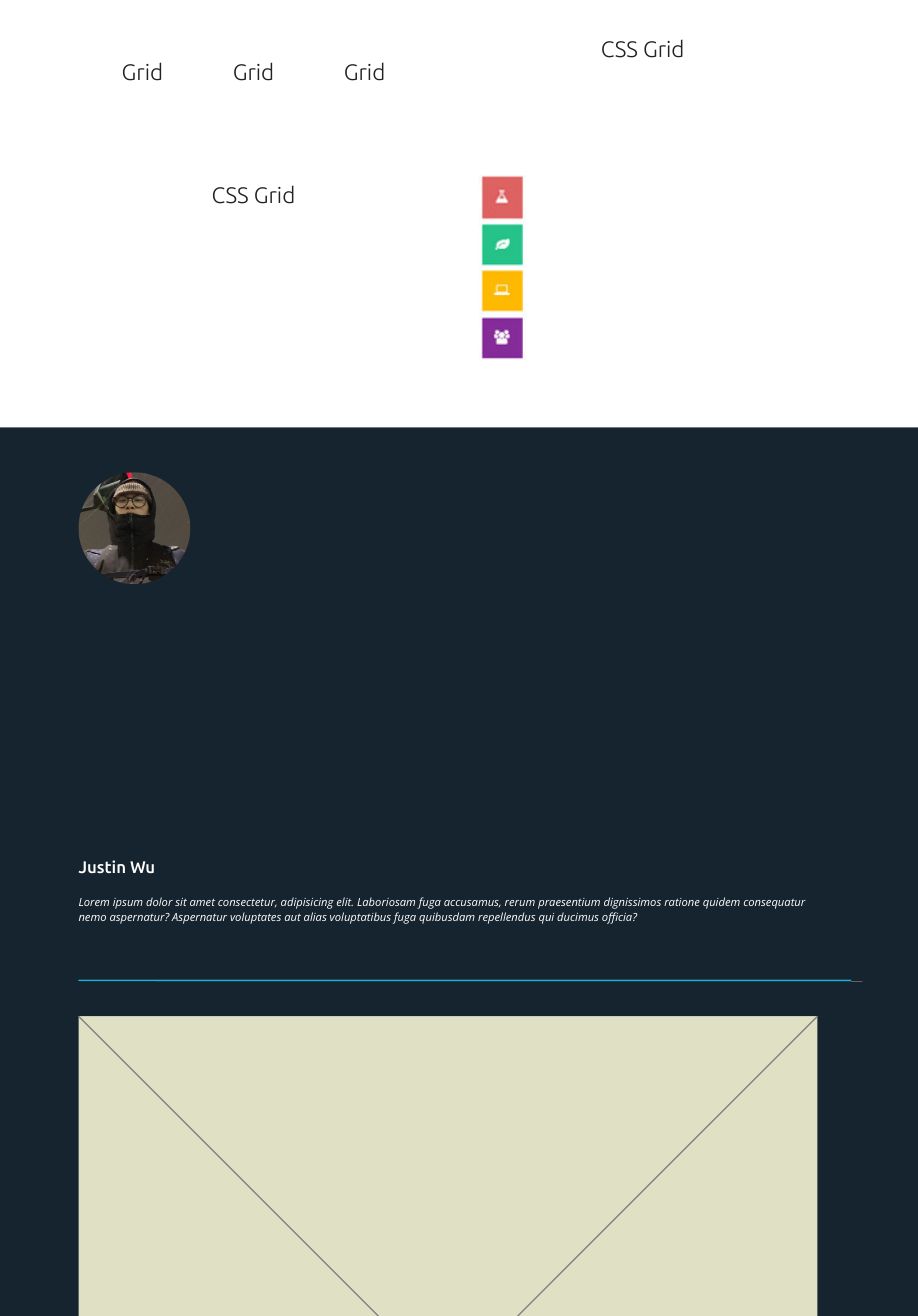
Repository: justinweiyungwu/week4project1v2
Page: cssgrid/index.html
An editor plug-in stored every save of this project. The page is shown before and after the next save, followed by the edit.
The browser window is 1280 px wide. The page is 1312 px wide, so the pictures cover 1312 px, including what lies to the right of the window. The pictures show the part of the page from y = 2292 to 4172 px (the page is 11524 px tall before and 12382 px after), at 70% of full size.

Above is the page before, as saved 2023-02-03 15:13:18.

After the next save:
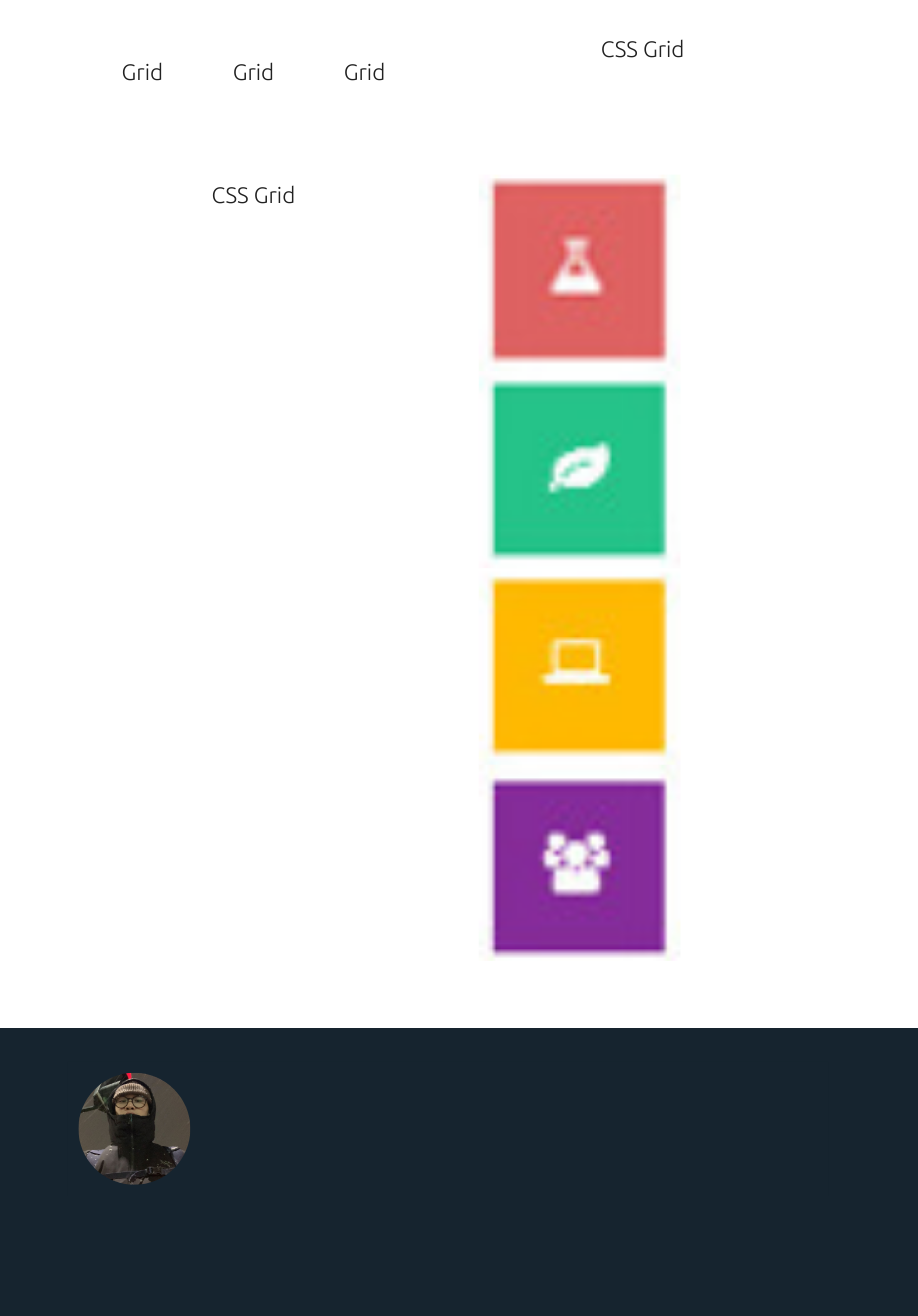
Saved 4 s later.
--- a/cssgrid/css/main.css
+++ b/cssgrid/css/main.css
@@ -86,7 +86,7 @@
     box-sizing: border-box;
 }
 .bottom-icons{
-width: 20%;
+width: 20rem;
 }
 img {
     width: 100%;
